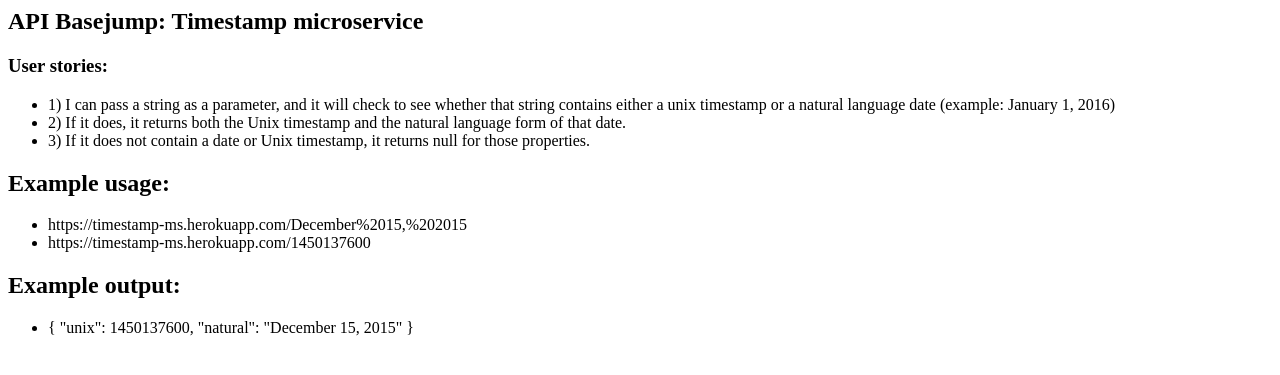
Repository: jocarosa/test
Page: public/index.html
The author's editor kept a record of every edit. The page is drawn from the files as they stood at one moment, then again after the next edit.
The browser window is 1280 px wide. The pictures show the whole page.

Above is the page before.

After the next edit:
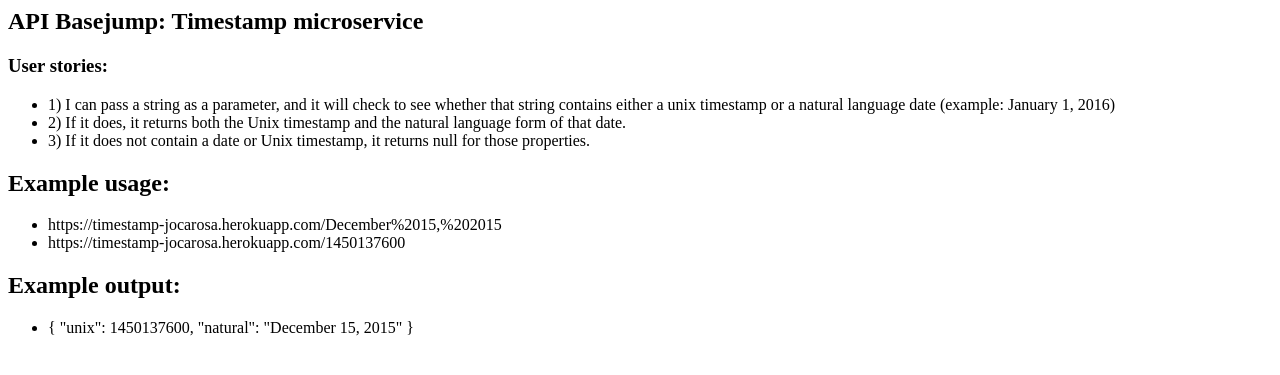
The edit:
--- a/public/index.html
+++ b/public/index.html
@@ -16,8 +16,8 @@
 
         <h2>Example usage:</h2>
         <ul>
-          <li>https://timestamp-ms.herokuapp.com/December%2015,%202015</li>
-          <li>https://timestamp-ms.herokuapp.com/1450137600</li>
+          <li>https://timestamp-jocarosa.herokuapp.com/December%2015,%202015</li>
+          <li>https://timestamp-jocarosa.herokuapp.com/1450137600</li>
         </ul>
 
         <h2>Example output:</h2>
